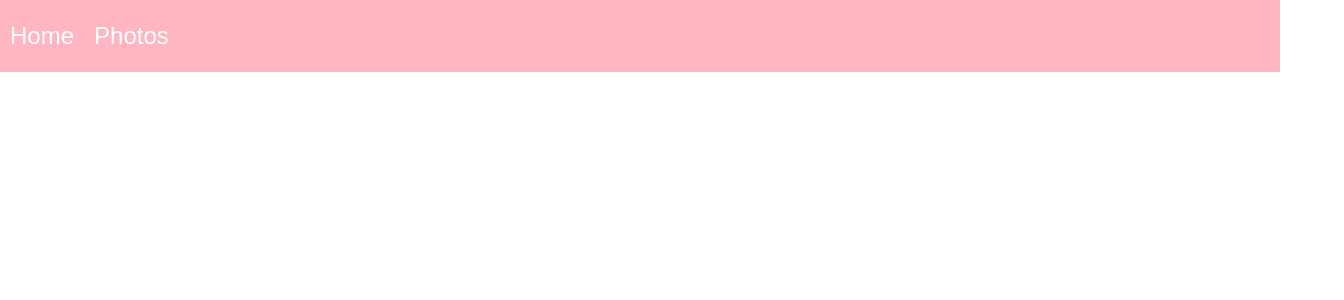
Repository: josephinel6/simple-editing
Page: navigation.html
An editor plug-in stored every save of this project. The page is shown before and after the next save, followed by the edit.
The browser window is 1280 px wide. The page is 1280 px wide, then 1344 px, so the pictures cover 1344 px, including what lies to the right of the window. The pictures show the whole page.

Above is the page before, as saved 2023-05-23 09:26:25.

### navigation.html
<html>

<head>
    <style>
        .menutab {
            margin-left: 10px;
            margin-right: 10px;
            font-family: sans-serif;
            color: white;
            text-decoration: none;
            font-weight: 500;
        }
    </style>
</head>

<body style="margin: 0; padding: 0">
    <div style="height: 10%; width: 100%; background-color: lightpink; align-items: center; display: flex">
        <h2 class="menutab"> Home </h2>
        <h2 class="menutab"> Photos </h2>
    </div>
</body>

</html>

After the next save:
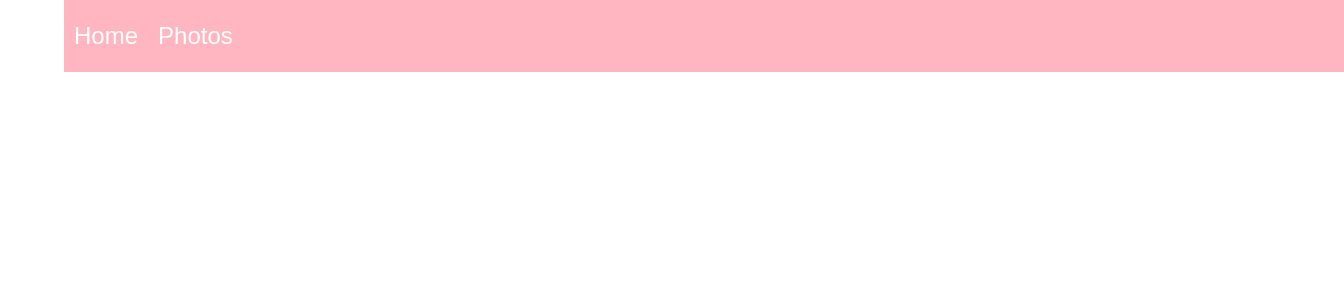
Saved 9 s later.
--- a/navigation.html
+++ b/navigation.html
@@ -14,7 +14,8 @@
 </head>
 
 <body style="margin: 0; padding: 0">
-    <div style="height: 10%; width: 100%; background-color: lightpink; align-items: center; display: flex">
+    <div
+        style="height: 10%; width: 100%; background-color: lightpink; align-items: center; display: flex; margin-left: 5%">
         <h2 class="menutab"> Home </h2>
         <h2 class="menutab"> Photos </h2>
     </div>
